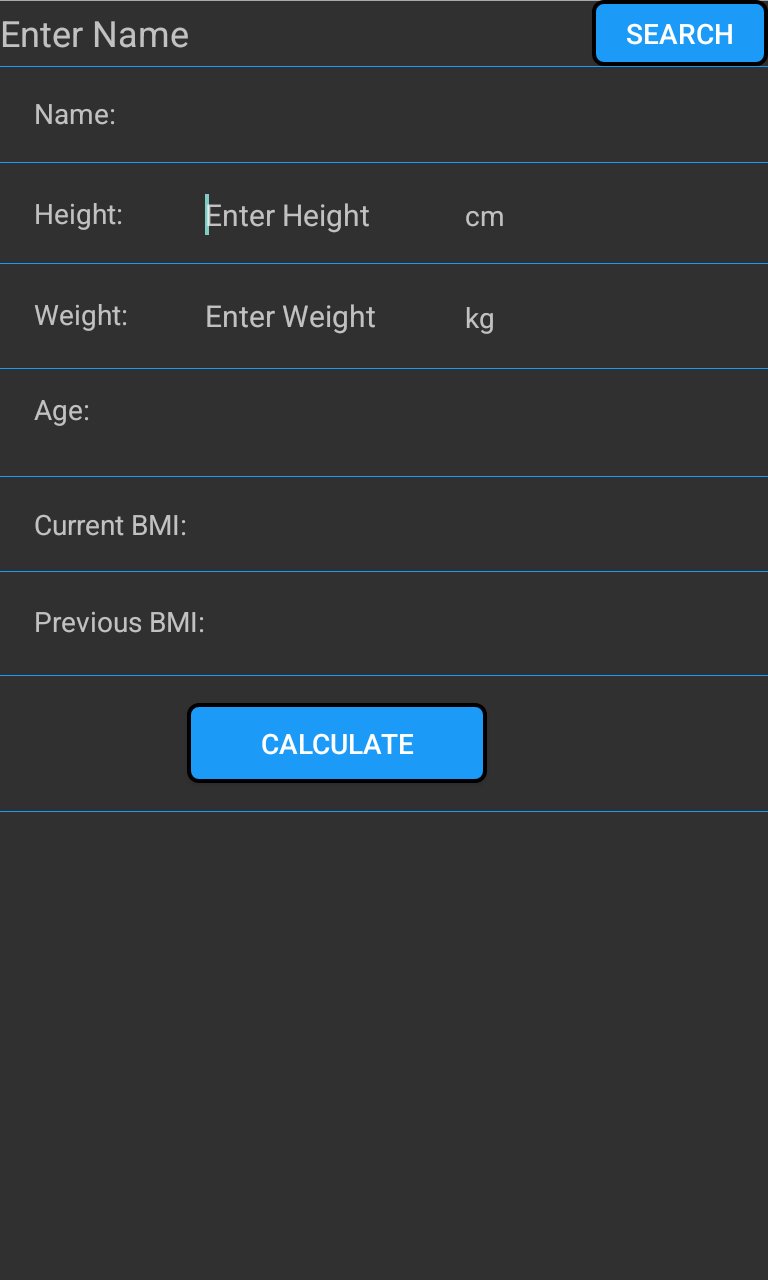
Repository: Team-7/prototype.6
Layout: workspace/Hope World Wide/res/layout/bmi.xml
The author's editor kept a copy of each file at every save. The layout is drawn from the files as they stood at one save, then again after the next save.
It is drawn on a 768 x 1280 px phone screen (xhdpi) without system bars, with theme AppTheme; the app's code is not run.

Above is the layout before, as saved 2014-05-31 13:16:04.

After the next save:
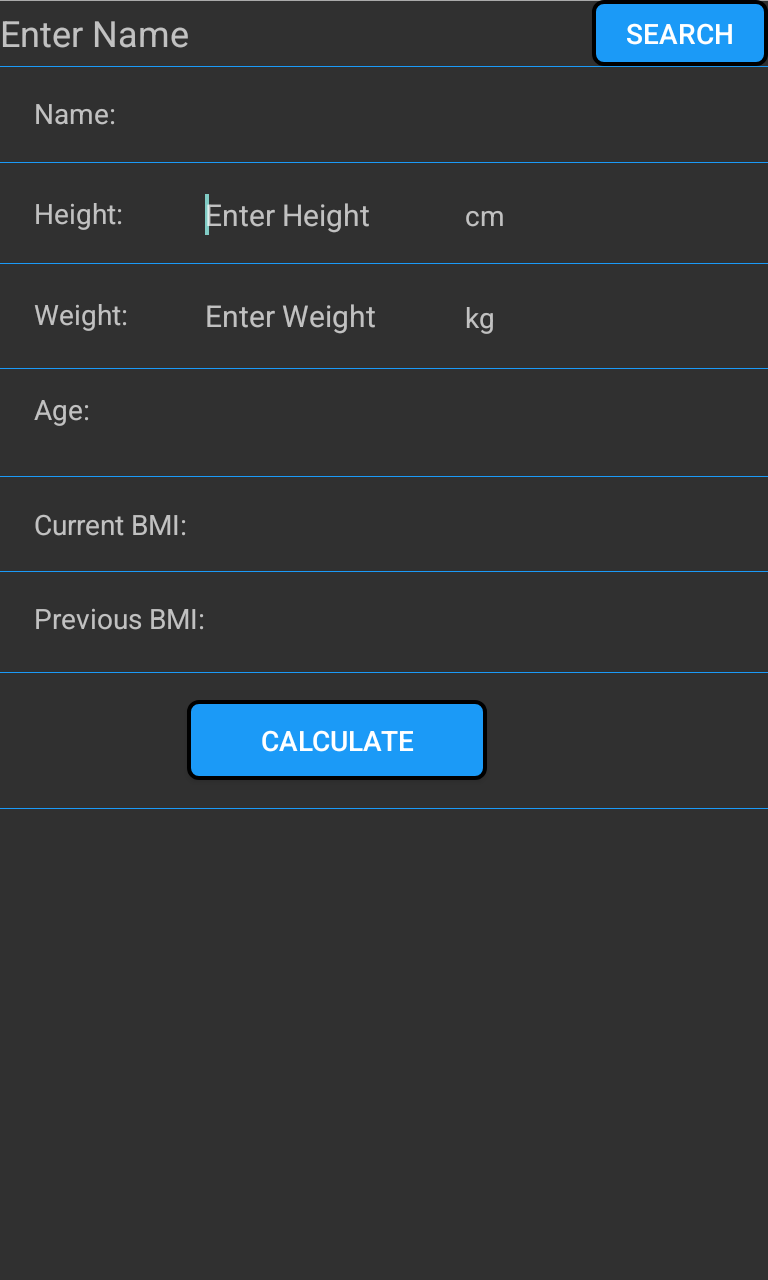
Saved 36 s later.
--- a/workspace/Hope World Wide/res/layout/bmi.xml
+++ b/workspace/Hope World Wide/res/layout/bmi.xml
@@ -168,6 +168,7 @@
         android:id="@+id/textView9"
         android:layout_width="200dp"
         android:layout_height="wrap_content"
+        android:layout_above="@+id/View06"
         android:layout_alignLeft="@+id/textView6"
         android:layout_alignTop="@+id/textView2"
         android:textSize="15sp" />
